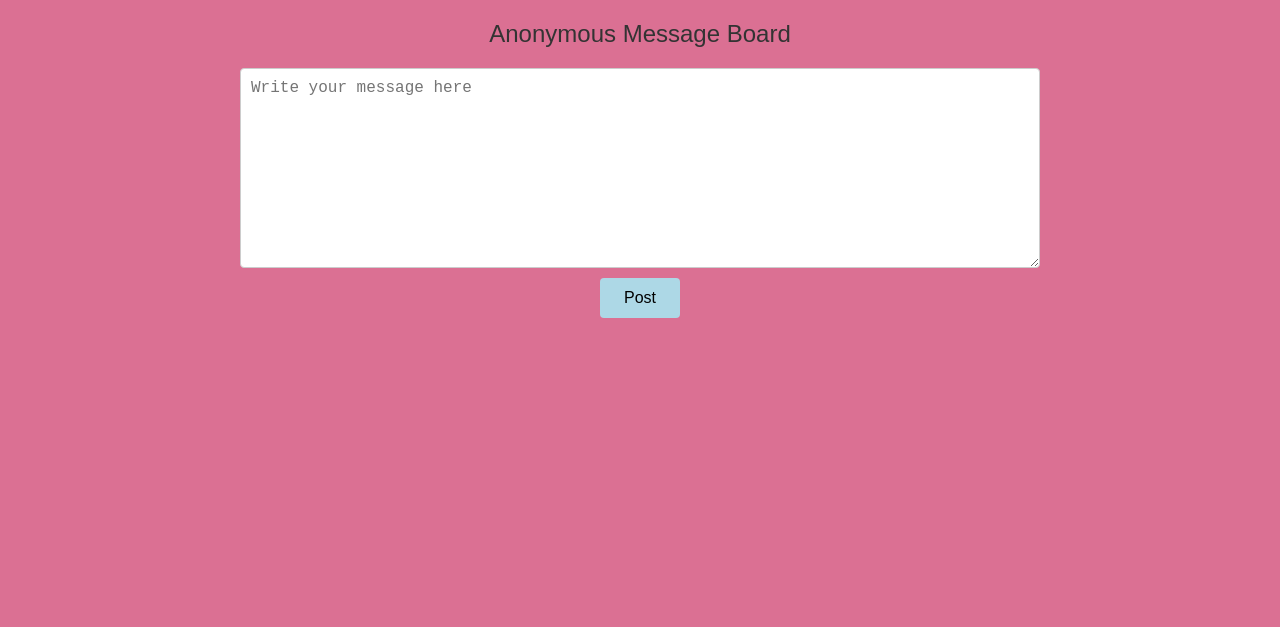
Repository: pilar122/tycha-os
Page: html1.html
An editor plug-in stored every save of this project. The page is shown before and after the next save, followed by the edit.
The browser window is 1280 px wide. The pictures show the whole page.
The page's requests for data from a server got no answer.

Above is the page before, as saved 2023-01-06 12:18:49.

### html1.html
<DOCTYPE html>
    <html>
        <head>
            <title>Tychaios</title>
            <link rel="stylesheet" type="text/css" href="style.css">
        </head>
        <body>
            <div id="container">
                <h1> Anonymous Message Board</h1>
                <form id ="message-form">
                    <textarea id="message" placeholder="Write your message here"></textarea>
                    <button type="submit">Post</button>
                </form>
                <div id="messages"></div>
            </div>
            <script src="Script.js"></script>
        </body>
    </html>

### Style.css
body {
    font-family: sans-serif;
    margin: 0;
    padding: 0;
    background-color: palevioletred;
}

#container {
    max-width: 800px;
    /*height: 1000px; /*Gives the element a fixed height*/
    margin: 0 auto;
    padding: 20px;
    text-align: center;
    /*display: flex; /*This will allow for the use of align-items property*/
    /*align-items:center; This will center the element*/
}

h1 {
    margin: 0;
    font-size: 24px;
    font-weight: normal;
    color: #333;
}

form {
    margin-top: 20px;
    display: flex;
    flex-direction: column;
    align-items: center;
}

textarea{
    width: 100%;
    max-width: 800px;
    height: 200px;
    margin-bottom: 10px;
    font-size: 16px;
    padding: 10px;
    border: 1px solid #ccc;
    border-radius: 4px;
    box-sizing: border-box;
}

button {
    width: 80px;
    height: 40px;
    font-size: 16px;
    background-color: lightblue;
    border: none;
    border-radius: 4px;
    cursor: pointer;
}

button:hover {
    background-color: #aaa;
}

.message {
    margin-top: 20px;
    padding: 20px;
    border: 1px solid #ccc;
    border-radius: 4px;
    box-sizing: border-box;
    width: 100%;
    max-width: 800px;
}

.message p {
    margin: 0;
    font-size: 16px;
}

.message .comments {
    margin-top: 10px;

}

.message .comment {
    margin-top: 10px;
    padding: 10px;
    border-left: 1 px solid #ccc;
    font-size: 14px;
}

.message .comment {
    margin: 0;
}

### Script.js
document.addEventListener('DOMContentLoaded', () => {
    const form = document.getElementById('message-form');
    const messages = document.getElementById('messages');

    form.addEventListener('submit', (event) => {
      event.preventDefault();
      const message = document.getElementById('message').value;
      if (message) {
        const div = document.createElement('div');
        div.classList.add('message');
        div.innerHTML = `
          <p>${message}</p>
          <div class="comments"></div>
        `;
        messages.appendChild(div);
        form.reset();
      }
    });

    messages.addEventListener('click', (event) => {
      if (event.target.classList.contains('comment-button')) {
        const messageDiv = event.target.parentElement.parentElement;
        const commentForm = messageDiv.querySelector('.comment-form');
        commentForm.classList.toggle('hidden');
      }
    });

    messages.addEventListener('submit', (event) => {
      event.preventDefault();
      if (event.target.classList.contains('comment-form')) {
        const comment = event.target.querySelector('.comment-input').value;
        if (comment) {
          const commentsDiv = event.target.parentElement.querySelector('.comments');
          const commentDiv = document.createElement('div');
          commentDiv.classList.add('comment');
          commentDiv.innerHTML = `<p>${comment}</p>`;
          commentsDiv.appendChild(commentDiv);
          event.target.reset();
        }
      }
    });

    const xhr = new XMLHttpRequest();
        xhr.open('GET', '/messages.php');
        xhr.onload = () => {
    const messages = xhr.responseText.split('\n');
        // Iterate over the messages and add them to the page
        messages.forEach((message) => {
    const div = document.createElement('div');
        div.classList.add('message');
        div.innerHTML = `<p>${message}</p>`;
        messages.appendChild(div);
  });
};
xhr.send();
  });

After the next save:
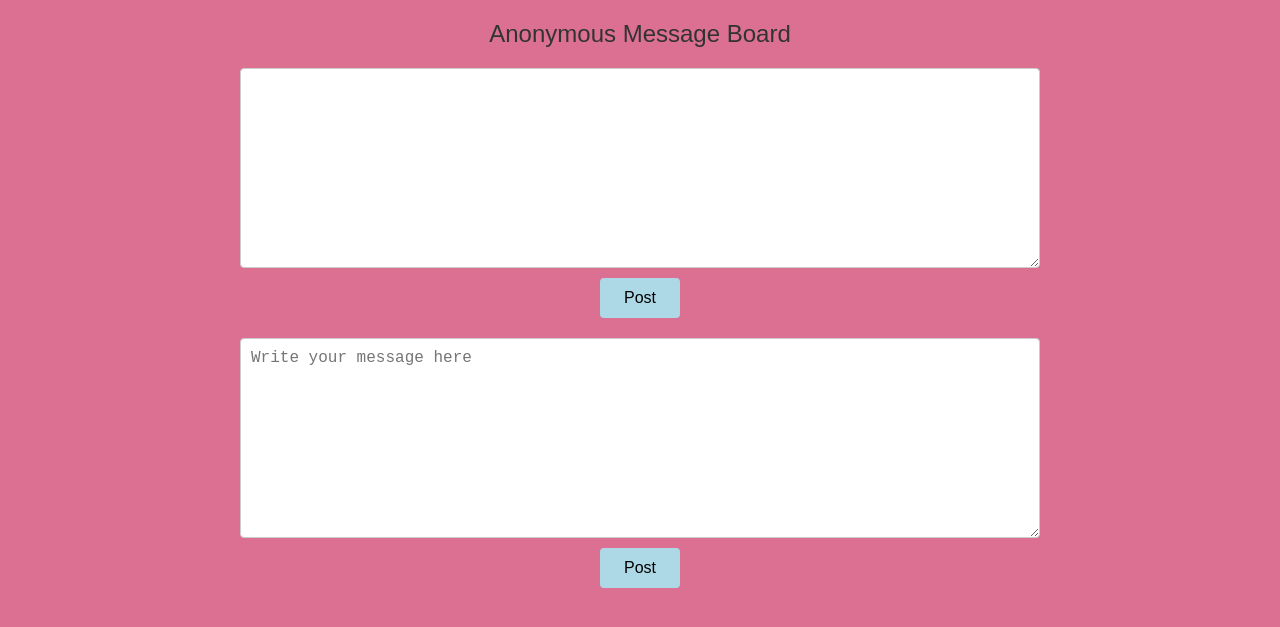
Saved 6 min 10 s later.
--- a/html1.html
+++ b/html1.html
@@ -7,6 +7,13 @@
         <body>
             <div id="container">
                 <h1> Anonymous Message Board</h1>
+
+                <form action="/save-message.php" method="post">
+                    <textarea name="message"></textarea>
+                    <button type="submit">Post</button>
+                  </form>
+
+
                 <form id ="message-form">
                     <textarea id="message" placeholder="Write your message here"></textarea>
                     <button type="submit">Post</button>

After the save that followed:
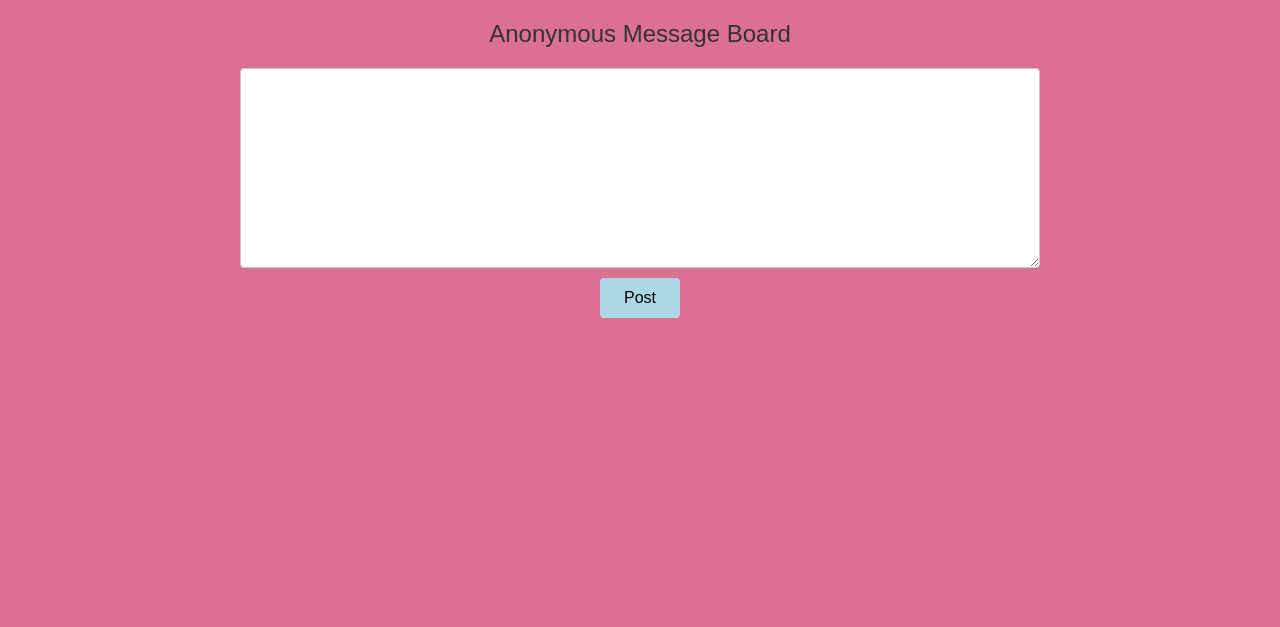
Console error: TypeError: Cannot read properties of null (reading 'addEventListener')
Saved 37 s later.
--- a/html1.html
+++ b/html1.html
@@ -12,12 +12,10 @@
                     <textarea name="message"></textarea>
                     <button type="submit">Post</button>
                   </form>
-
-
-                <form id ="message-form">
-                    <textarea id="message" placeholder="Write your message here"></textarea>
-                    <button type="submit">Post</button>
-                </form>
+                <!-- <form id ="message-form"> -->
+                    <!-- <textarea id="message" placeholder="Write your message here"></textarea> -->
+                    <!-- <button type="submit">Post</button> -->
+                <!-- </form> -->
                 <div id="messages"></div>
             </div>
             <script src="Script.js"></script>
